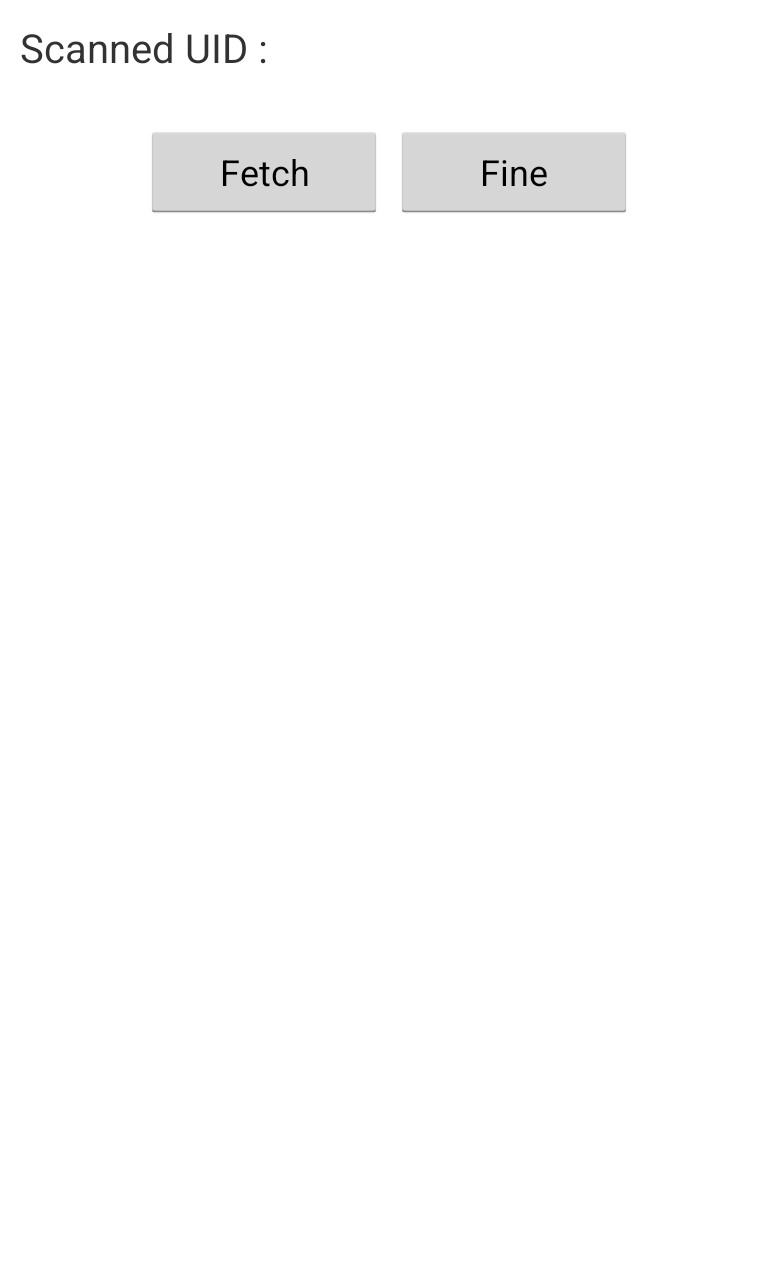
Repository: LennoxAlexion/UID
Layout: Android App/Uid-Project/res/layout/activity_qr_result_failure.xml
These files come from the project's save history. The layout is drawn as it stood at one moment and after the next save; the edit follows.
It is drawn on a 768 x 1280 px phone screen (xhdpi) without system bars, with theme AppTheme; the app's code is not run.

Above is the layout before, as saved 2015-03-29 07:15:29.

After the next save:
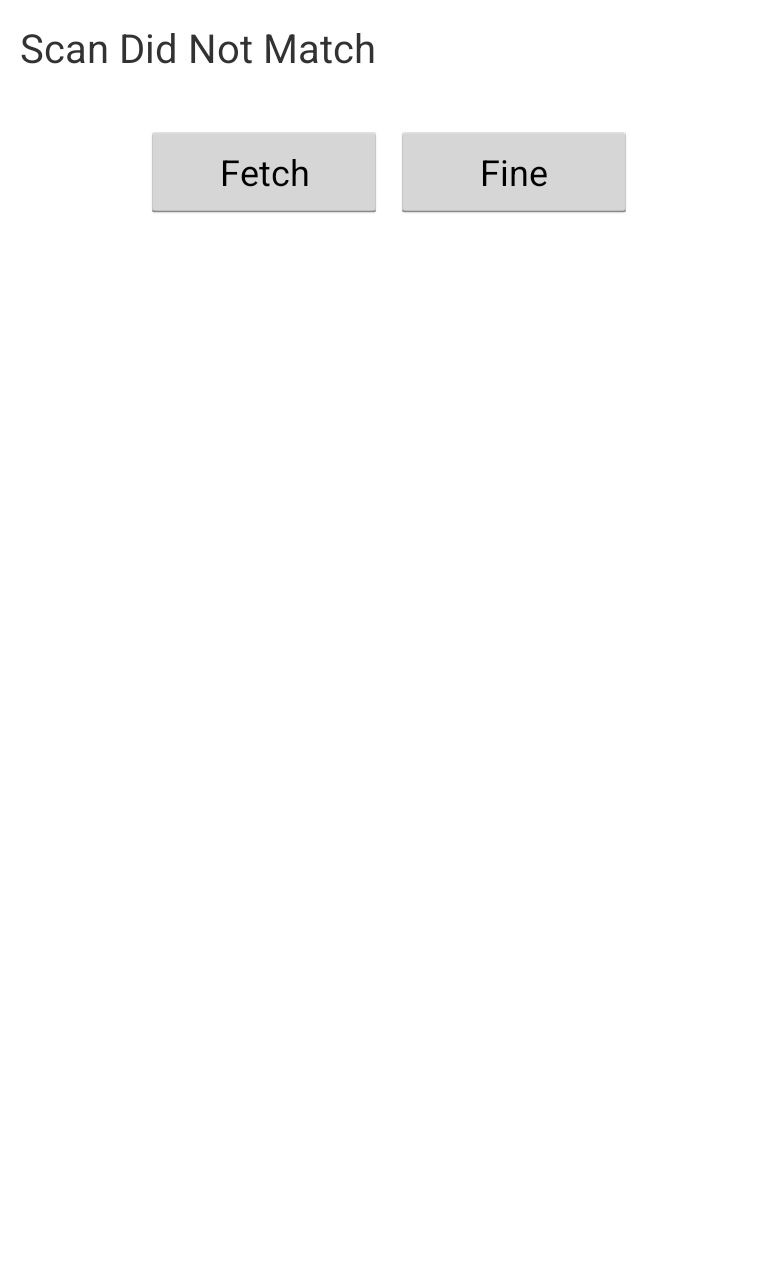
Saved 28 s later.
--- a/Android App/Uid-Project/res/layout/activity_qr_result_failure.xml
+++ b/Android App/Uid-Project/res/layout/activity_qr_result_failure.xml
@@ -8,7 +8,7 @@
     <TextView
         android:layout_width="wrap_content"
         android:layout_height="wrap_content"
-        android:text="Scanned UID : "
+        android:text="Scan Did Not Match"
         android:layout_margin="10dp"
         android:textSize="20dp" />
 
